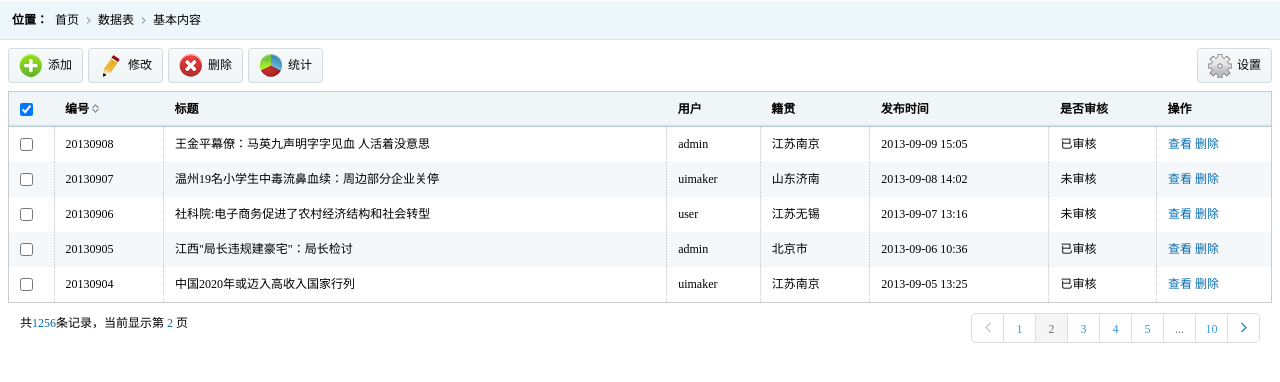
Repository: kyrieqing1/logistics
Page: http://localhost/logistics-manager-web/WEB-INF/jsp/role/role.jsp
These files come from the project's save history. The page is drawn as it stood at one moment and after the next save; the edit follows.
The browser window is 1280 px wide. The pictures show the whole page.
The page is served by Tomcat 9. Nobody is signed in. The template is opened directly, without the code that normally fills it, so the values that code supplies are empty.

Above is the page before, as saved 2019-06-21 11:07:07.

After the next save:
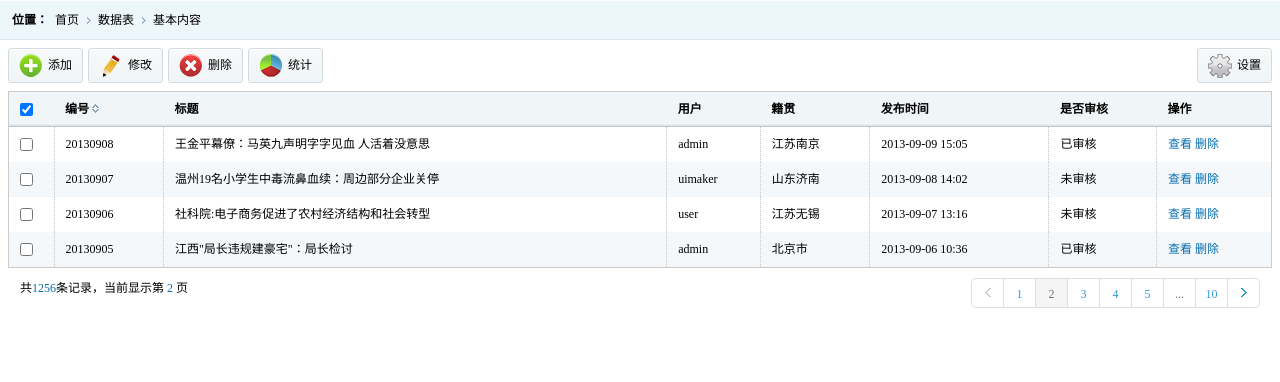
Saved 25 s later.
--- a/logistics-parent/logistics-manager/logistics-manager-web/src/main/webapp/WEB-INF/jsp/role/role.jsp
+++ b/logistics-parent/logistics-manager/logistics-manager-web/src/main/webapp/WEB-INF/jsp/role/role.jsp
@@ -122,16 +122,6 @@ $(document).ready(function(){
         <td><a href="#" class="tablelink">查看</a>     <a href="#" class="tablelink">删除</a></td>
         </tr>
 
-        <tr>
-        <td><input name="" type="checkbox" value="" /></td>
-        <td>20130904</td>
-        <td>中国2020年或迈入高收入国家行列</td>
-        <td>uimaker</td>
-        <td>江苏南京</td>
-        <td>2013-09-05 13:25</td>
-        <td>已审核</td>
-        <td><a href="#" class="tablelink">查看</a>     <a href="#" class="tablelink">删除</a></td>
-        </tr>
 
         </tbody>
     </table>
